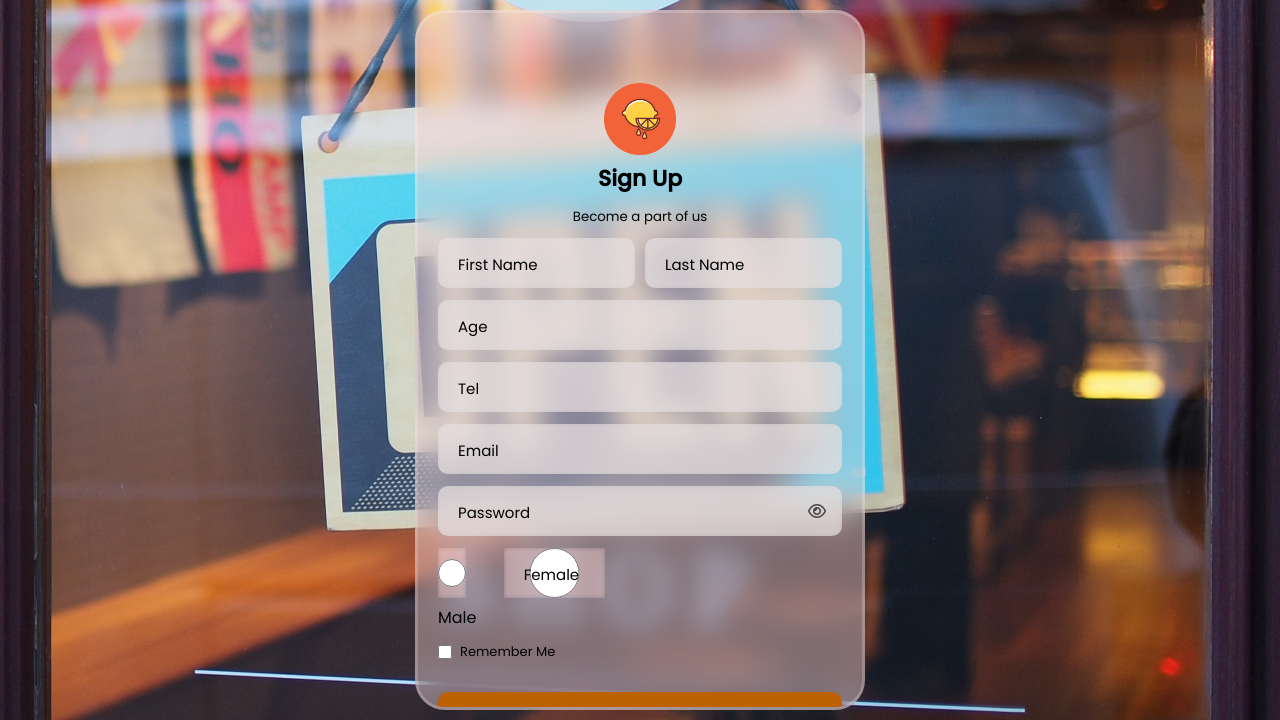
Repository: MauDucKG/BigFarm
Page: http://localhost/BigFarm/views/main/register/index.php?page=main&controller=register&action=submit
The author's editor kept a copy of each file at every save. The page is drawn from the files as they stood at one save, then again after a run of saves.
The browser window is 1280 px wide. The pictures show the whole page.
Some web libraries are served in a nearby version. The page is run by PHP 8.4 with error messages shown; the project is at /var/www/html/.

Above is the page before, as saved 2023-04-26 22:32:00.

After the next 4 saves:
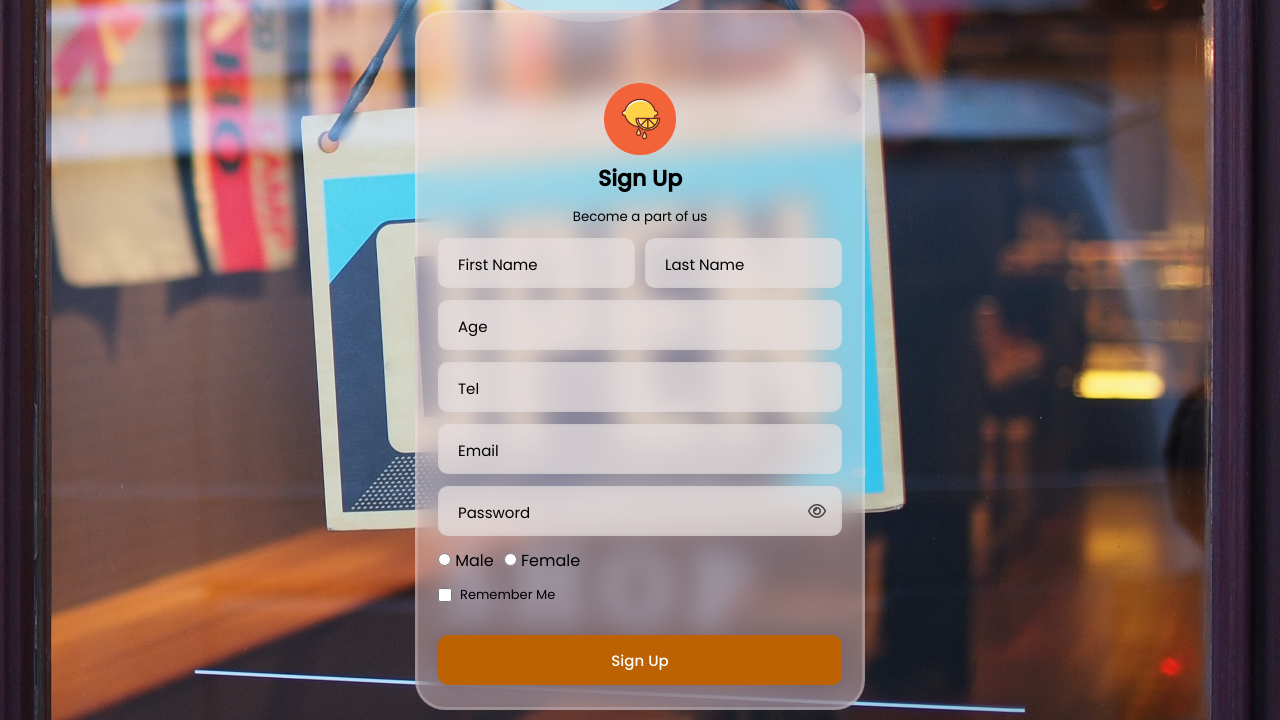
The 4 saves are shown as one change because they came seconds apart.
The last was saved 11 s later.
--- a/views/main/register/index.php
+++ b/views/main/register/index.php
@@ -211,11 +211,11 @@ i{
                     </div>
                     <div class="gender-box">
                         <div>
-                            <input type="radio" class="input-box" name="gender" value="1" required>
+                            <input type="radio" name="gender" value="1" required>
                             <label>Male</label>
                         </div>
-                        <div class="input-field">
-                            <input type="radio" class="input-box" name="gender" value="1" required>
+                        <div>
+                            <input type="radio" name="gender" value="1" required>
                             <label>Female</label>
                         </div>
                     </div>
